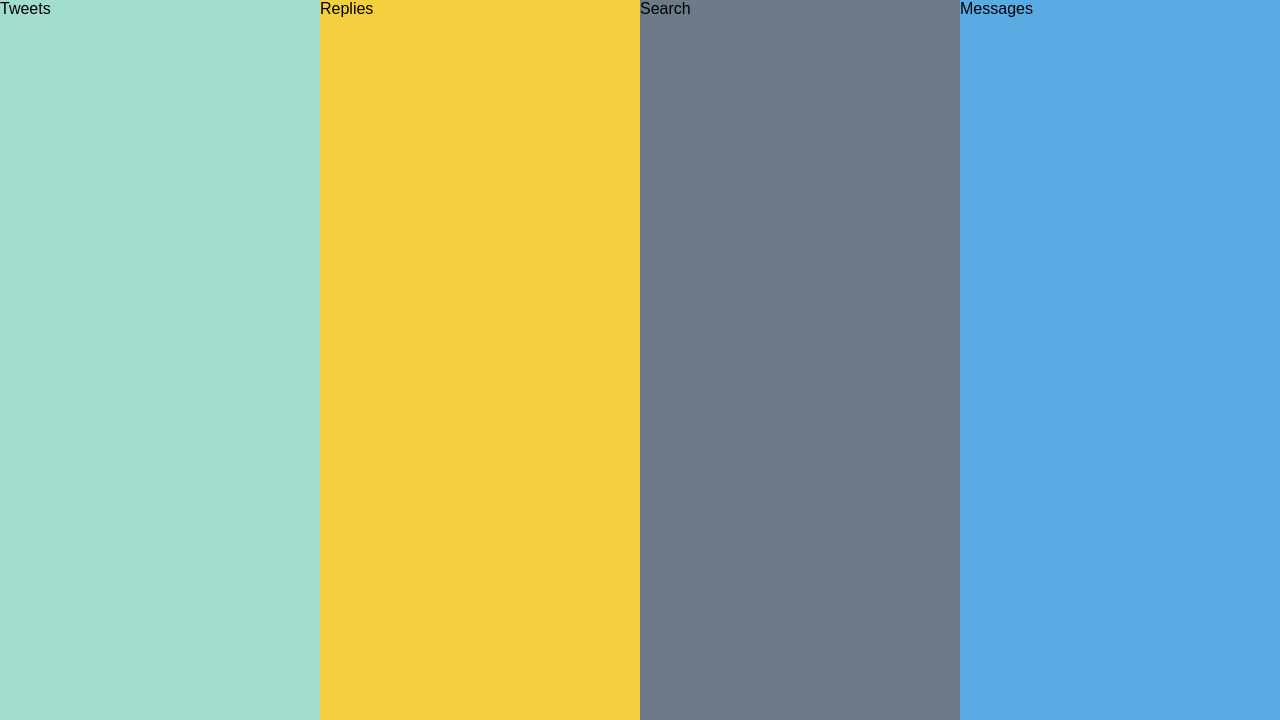
Repository: chaiyilin/css
Page: src/grid/01-basic/index.html
These files come from the project's save history. The page is drawn as it stood at one moment and after the next save; the edit follows.
The browser window is 1280 px wide. The pictures show the whole page.

Above is the page before, as saved 2018-03-15 20:52:44.

### src/grid/01-basic/index.html
<!DOCTYPE html>
<html lang="en" dir="ltr">

<head>
    <meta charset="UTF-8">
    <title>Title</title>
    <link rel="stylesheet" type="text/css" href="index.css" />
</head>

<body>
    <div class="app-layout">
        <div class="tweets">Tweets</div>
        <div class="replies">Replies</div>
        <div class="search">Search</div>
        <div class="messages">Messages</div>
    </div>
</body>

</html>

### src/grid/01-basic/index.css
body {
  margin: 0;
  font-family: Arial;
  background-color: #f2f2f2;
}

.box {
  color: #fff;
  padding: 1em;
  text-align: center;
  background-color: #efefef;
}

.tweets {
  background-color: #a2ded0;
}
.replies {
  background-color: #f4d03f;
}
.search {
  background-color: #6c7a89;
}
.messages {
  background-color: #59abe3;
}

/* Our Grid Code */
.app-layout {
  display: grid;
  grid-template-columns: 1fr 1fr 1fr 1fr;
  grid-template-rows: 100vh;
}

After the next save:
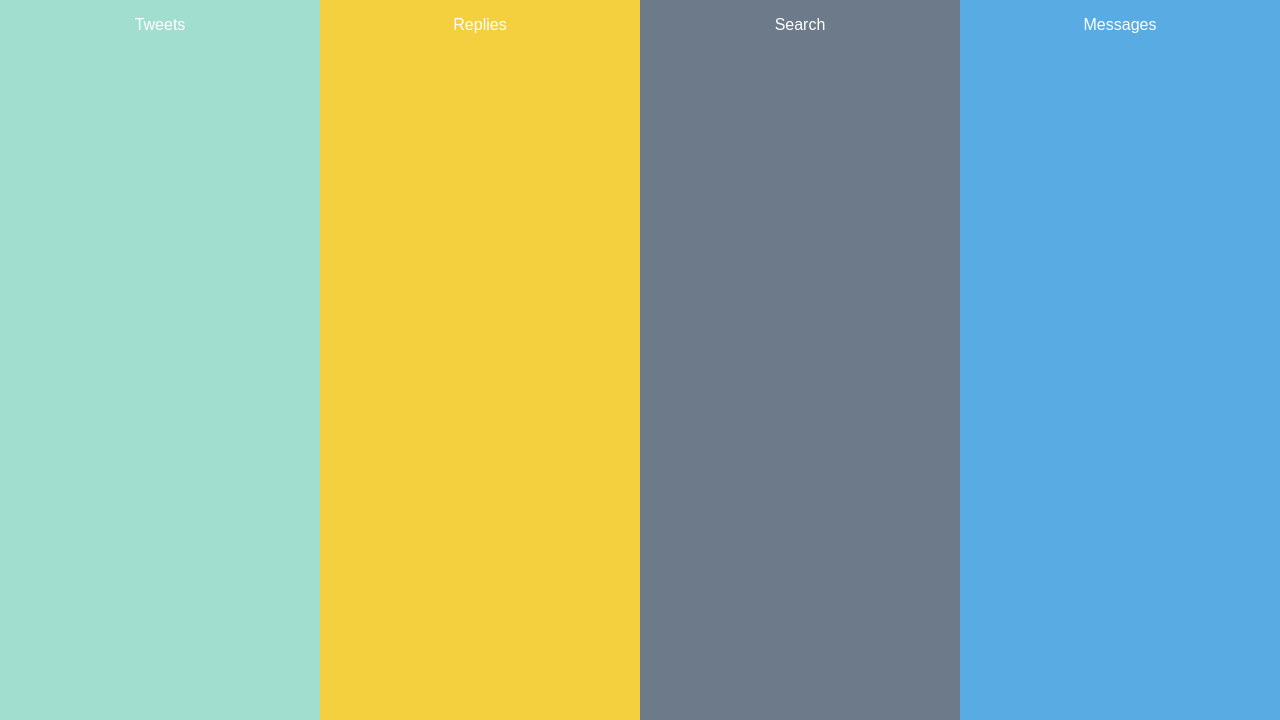
Saved 2 min 37 s later.
--- a/src/grid/01-basic/index.html
+++ b/src/grid/01-basic/index.html
@@ -9,10 +9,10 @@
 
 <body>
     <div class="app-layout">
-        <div class="tweets">Tweets</div>
-        <div class="replies">Replies</div>
-        <div class="search">Search</div>
-        <div class="messages">Messages</div>
+        <div class="tweets box">Tweets</div>
+        <div class="replies box">Replies</div>
+        <div class="search box">Search</div>
+        <div class="messages box">Messages</div>
     </div>
 </body>
 
